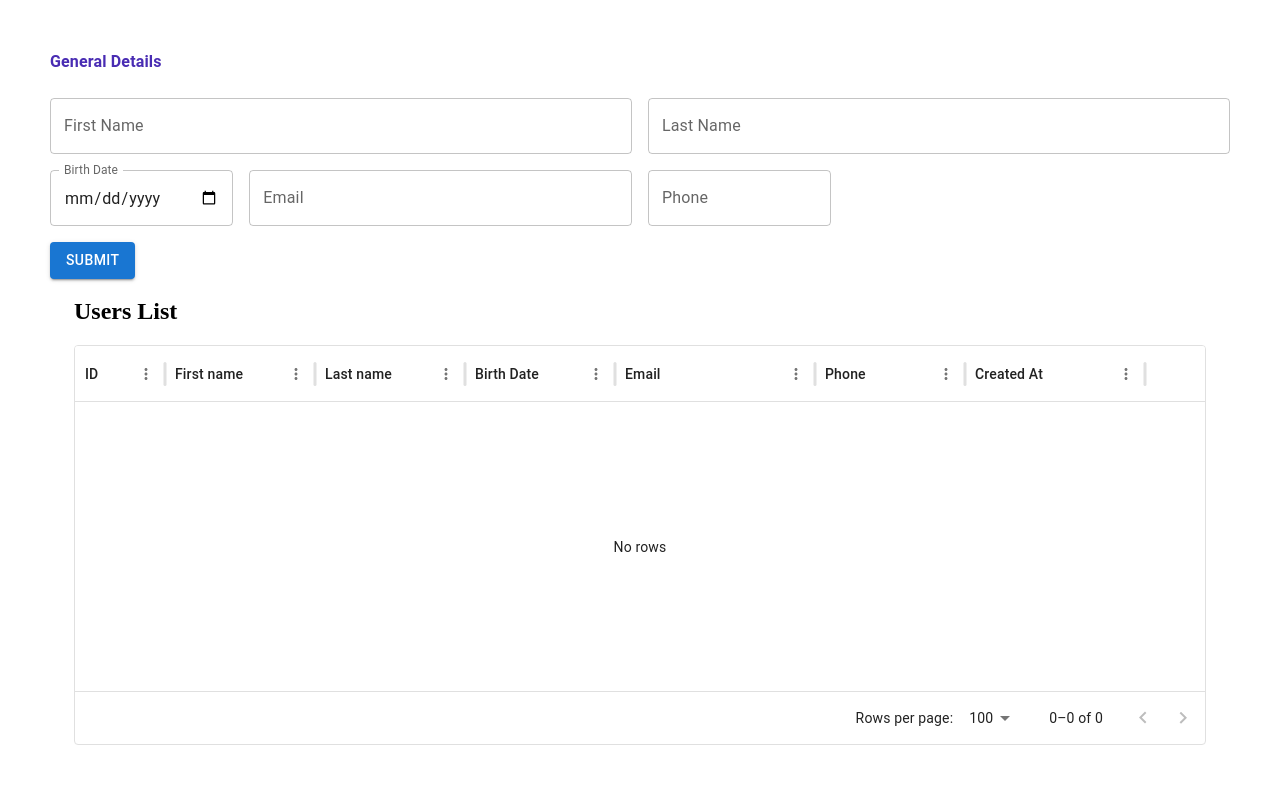
Repository: lenx0/front-client-manager
Page: /
These files come from the project's save history. The page is drawn as it stood at one moment and after the next save; the edit follows.
The browser window is 1280 px wide. The pictures show the whole page.
The page's requests for data from a server got no answer. The project was rebuilt for these pictures with package versions that can differ from the ones it lists, and the page was loaded fresh each time. No one was signed in, and anything a server would have sent is missing. Also part of the build but not shown: vite.config.js, src/App.css.

Above is the page before, as saved 2024-06-25 12:05:05.

After the next save:
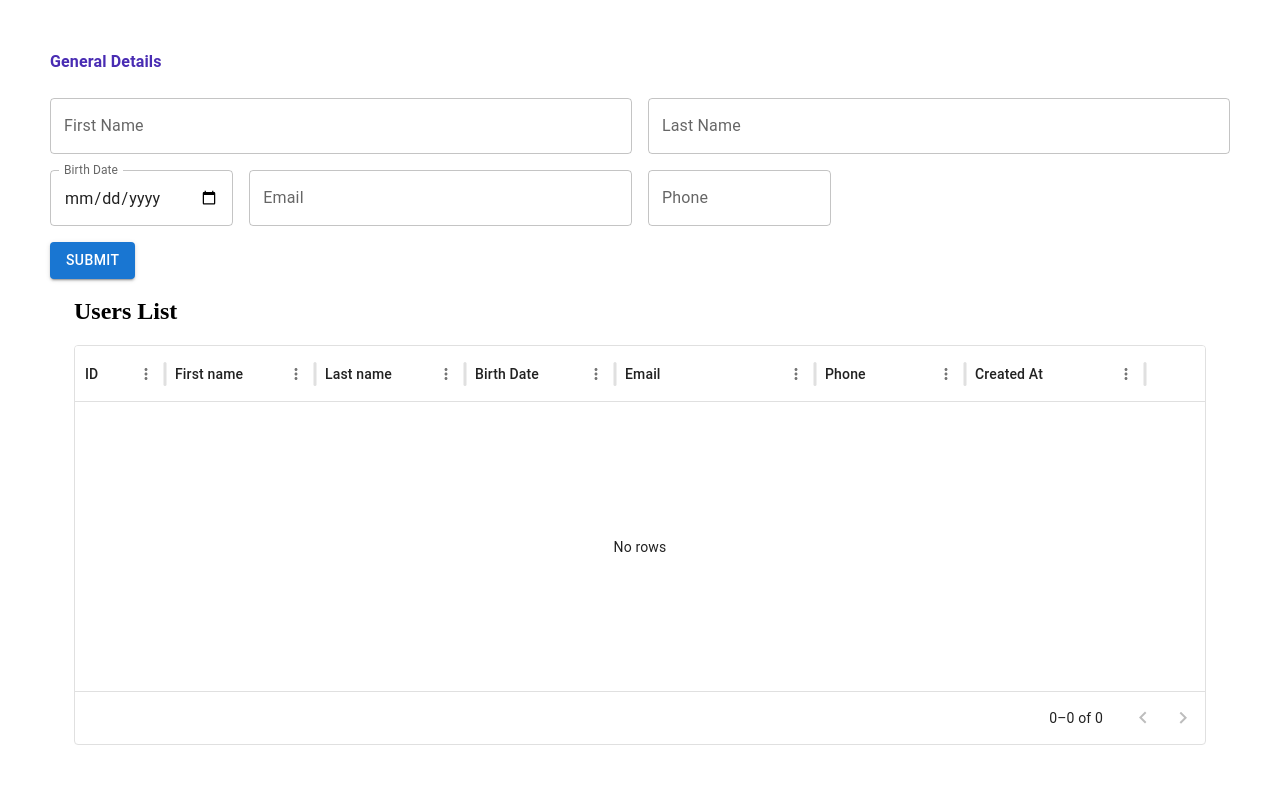
Saved 2 min 2 s later.
--- a/src/components/UserList/index.jsx
+++ b/src/components/UserList/index.jsx
@@ -49,6 +49,14 @@ const UserList = () => {
           loading={loading}
           pagination
           paginationMode="client"
+          initialState={{
+            pagination: {
+              paginationModel: { page: 1, pageSize: 10 }
+            },
+            sorting: {
+              sortModel: [{ field: 'orderDate', sort: 'desc' }]
+            }
+          }}
         />
       </div>
     </Container>
